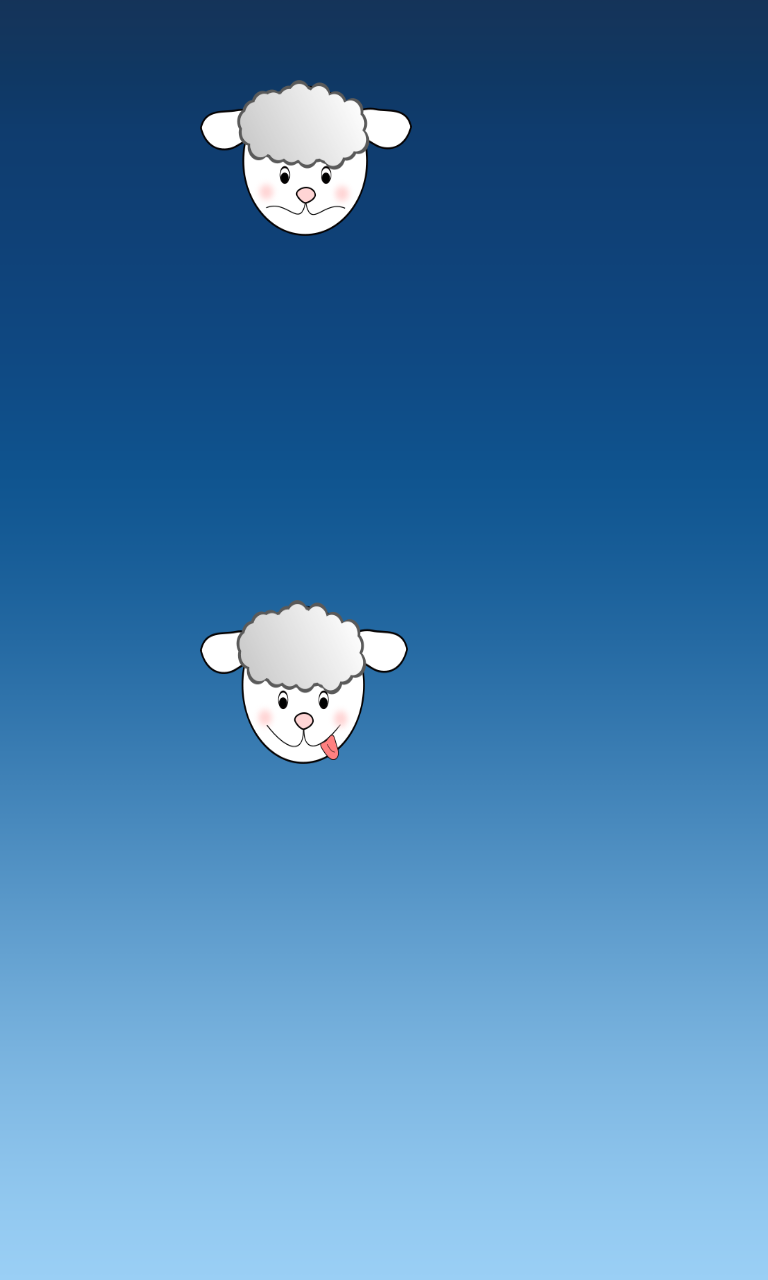
Repository: exilonX/CodeWarsFelula
Layout: Baa/res/layout/end_game.xml
An editor plug-in stored every save of this project. The layout is shown before and after the next save, followed by the edit.
It is drawn on a 768 x 1280 px phone screen (xhdpi) without system bars, with theme AppTheme; the app's code is not run.

Above is the layout before, as saved 2014-02-22 17:43:39.

### Baa/res/layout/end_game.xml
<?xml version="1.0" encoding="utf-8"?>
<FrameLayout xmlns:android="http://schemas.android.com/apk/res/android"
    android:layout_width="fill_parent"
    android:layout_height="fill_parent"
    android:background="@drawable/background"
    android:orientation="vertical" >

    <Button
        android:id="@+id/player1"
        android:layout_width="106dp"
        android:layout_height="78dp"
        android:layout_marginBottom="90dp"
        android:layout_marginLeft="100dp"
        android:layout_marginRight="40dp"
        android:layout_marginTop="40dp"
        android:background="@drawable/sad" />

    <Button
        android:id="@+id/player2"
        android:layout_width="104dp"
        android:layout_height="82dp"
        android:layout_marginBottom="0dp"
        android:layout_marginLeft="100dp"
        android:layout_marginRight="40dp"
        android:layout_marginTop="300dp"
        android:background="@drawable/happy" />

</FrameLayout>

Loaded but not shown: Baa/res/values/styles.xml (common file); Baa/res/values-v11/styles.xml (common file); Baa/res/values-v14/styles.xml (common file)

After the next save:
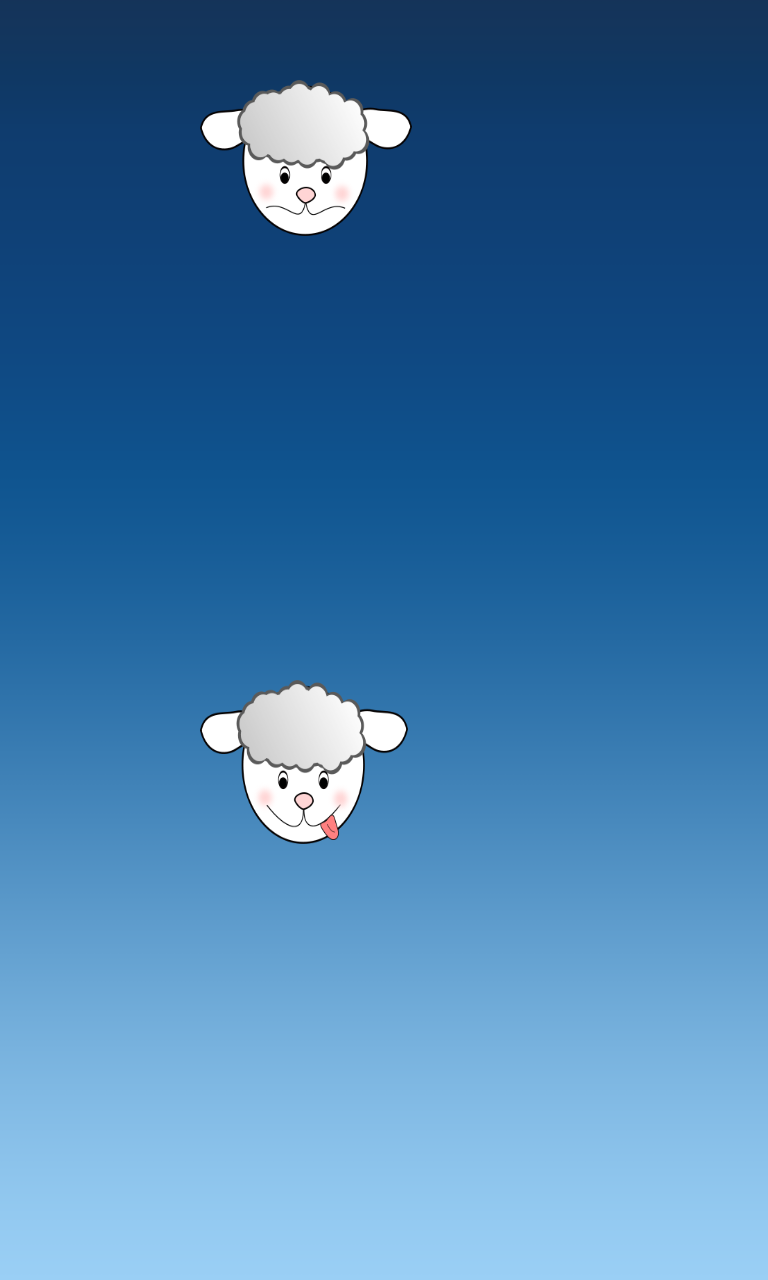
Saved 6 s later.
--- a/Baa/res/layout/end_game.xml
+++ b/Baa/res/layout/end_game.xml
@@ -22,7 +22,7 @@
         android:layout_marginBottom="0dp"
         android:layout_marginLeft="100dp"
         android:layout_marginRight="40dp"
-        android:layout_marginTop="300dp"
+        android:layout_marginTop="340dp"
         android:background="@drawable/happy" />
 
 </FrameLayout>
